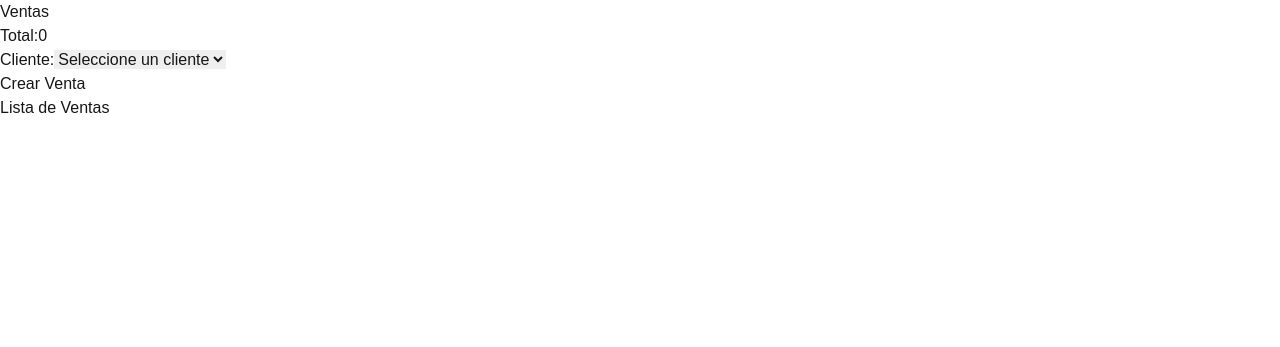
Repository: manucavallera/Sistema-Gestion
Page: /ventas
The author's editor kept a copy of each file at every save. The page is drawn from the files as they stood at one save, then again after the next save.
The browser window is 1280 px wide. The pictures show the whole page.
The page's requests for data from a server got no answer. The project was rebuilt for these pictures with package versions that can differ from the ones it lists, and the page was loaded fresh each time. The framework's server and built-in components were replaced by stand-ins that run in the browser. No one was signed in, and anything a server would have sent is missing. Also part of the build but not shown: next.config.mjs.

Above is the page before, as saved 2024-11-13 16:21:44.

After the next save:
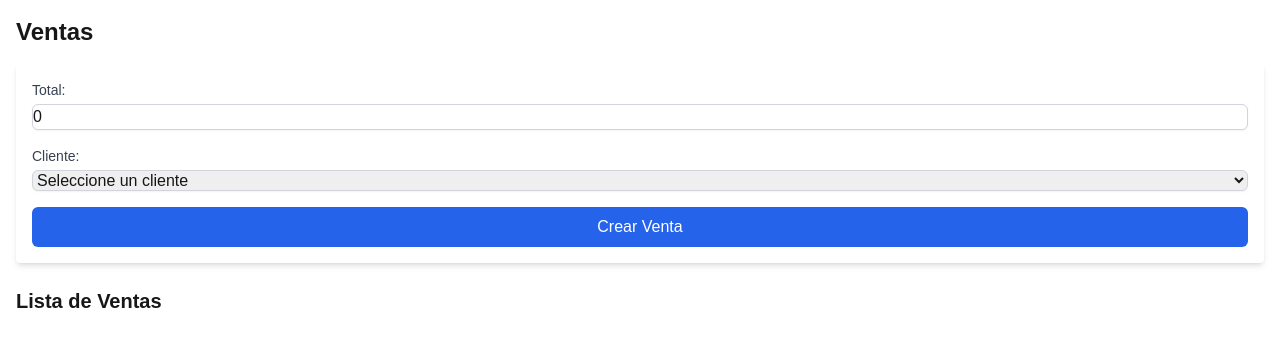
Saved 64 s later.
--- a/src/app/ventas/page.tsx
+++ b/src/app/ventas/page.tsx
@@ -1,4 +1,3 @@
-"use client";
 import { useEffect, useState } from "react";
 
 interface Venta {
@@ -8,19 +7,21 @@ interface Venta {
   clienteId: number;
 }
 
+interface Cliente {
+  id: number;
+  razonSocial: string;
+}
+
 const VentasPage = () => {
   const [ventas, setVentas] = useState<Venta[]>([]);
   const [total, setTotal] = useState<number>(0);
   const [clienteId, setClienteId] = useState<number>(0);
-  const [clientes, setClientes] = useState<
-    { id: number; razonSocial: string }[]
-  >([]); // Suponiendo que tienes un modelo Cliente
+  const [clientes, setClientes] = useState<Cliente[]>([]);
 
   useEffect(() => {
-    // Cargar las ventas y clientes al montar el componente
     const fetchData = async () => {
-      const ventasResponse = await fetch("/api/ventas"); // Cambia esto según tu ruta API
-      const clientesResponse = await fetch("/api/clientes"); // Cambia esto según tu ruta API
+      const ventasResponse = await fetch("/api/ventas");
+      const clientesResponse = await fetch("/api/clientes");
 
       const ventasData = await ventasResponse.json();
       const clientesData = await clientesResponse.json();
@@ -45,37 +46,52 @@ const VentasPage = () => {
 
     if (response.ok) {
       const nuevaVenta = await response.json();
-      setVentas((prev) => [...prev, nuevaVenta]); // Agregar la nueva venta a la lista
-      setTotal(0); // Resetear el total
-      setClienteId(0); // Resetear el cliente
+      setVentas((prev) => [...prev, nuevaVenta]);
+      setTotal(0);
+      setClienteId(0);
     } else {
       console.error("Error al crear la venta");
     }
   };
 
   return (
-    <div>
-      <h1>Ventas</h1>
+    <div className='container mx-auto p-4'>
+      <h1 className='text-2xl font-bold mb-4'>Ventas</h1>
 
-      <form onSubmit={handleSubmit}>
-        <div>
-          <label htmlFor='total'>Total:</label>
+      <form
+        onSubmit={handleSubmit}
+        className='mb-6 bg-white p-4 rounded shadow-md'
+      >
+        <div className='mb-4'>
+          <label
+            htmlFor='total'
+            className='block text-sm font-medium text-gray-700'
+          >
+            Total:
+          </label>
           <input
             type='number'
             id='total'
             value={total}
             onChange={(e) => setTotal(Number(e.target.value))}
             required
+            className='mt-1 block w-full border border-gray-300 rounded-md shadow-sm focus:ring focus:ring-blue-500'
           />
         </div>
 
-        <div>
-          <label htmlFor='clienteId'>Cliente:</label>
+        <div className='mb-4'>
+          <label
+            htmlFor='clienteId'
+            className='block text-sm font-medium text-gray-700'
+          >
+            Cliente:
+          </label>
           <select
             id='clienteId'
             value={clienteId}
             onChange={(e) => setClienteId(Number(e.target.value))}
             required
+            className='mt-1 block w-full border border-gray-300 rounded-md shadow-sm focus:ring focus:ring-blue-500'
           >
             <option value=''>Seleccione un cliente</option>
             {clientes.map((cliente) => (
@@ -86,15 +102,20 @@ const VentasPage = () => {
           </select>
         </div>
 
-        <button type='submit'>Crear Venta</button>
+        <button
+          type='submit'
+          className='w-full bg-blue-600 text-white py-2 rounded-md hover:bg-blue-700'
+        >
+          Crear Venta
+        </button>
       </form>
 
-      <h2>Lista de Ventas</h2>
-      <ul>
+      <h2 className='text-xl font-semibold mb-2'>Lista de Ventas</h2>
+      <ul className='bg-white rounded shadow-md'>
         {ventas.map((venta) => (
-          <li key={venta.id}>
-            {venta.fecha} - Total: ${venta.total} - Cliente ID:{" "}
-            {venta.clienteId}
+          <li key={venta.id} className='border-b last:border-b-0 p-4'>
+            {new Date(venta.fecha).toLocaleDateString()} - Total: ${venta.total}{" "}
+            - Cliente ID: {venta.clienteId}
           </li>
         ))}
       </ul>
